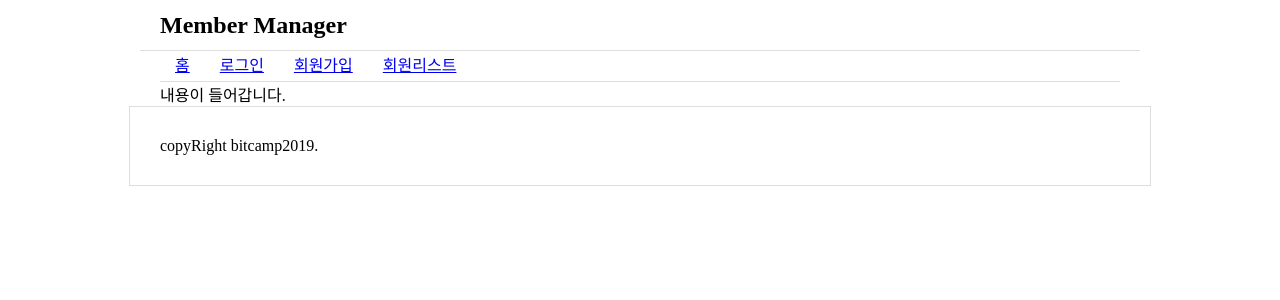
Repository: hhw9797/bitcampjn201904
Page: http://localhost/MemberManager/
These files come from the project's save history. The page is drawn as it stood at one moment and after the next save; the edit follows.
The browser window is 1280 px wide. The pictures show the whole page.
The page is served by Tomcat 9.

Above is the page before, as saved 2019-06-20 08:02:36.

After the next save:
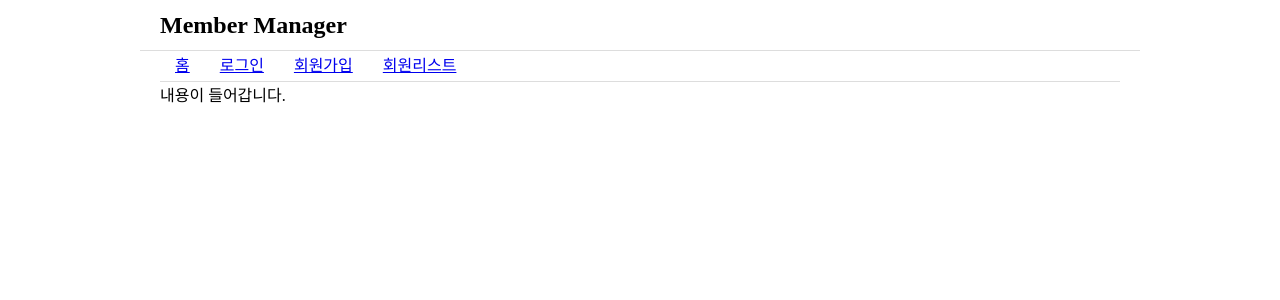
Saved 42 s later.
--- a/html/html5/jsp/MemberManager/WebContent/index.jsp
+++ b/html/html5/jsp/MemberManager/WebContent/index.jsp
@@ -67,7 +67,7 @@
 
 
 <!-- 푸터 시작 -->
-<%@ include file="frame/footer.jsp" %>
+<%-- <%@ include file="frame/footer.jsp" %> --%>
 <!-- 푸터 끝 -->
 
 </body>

After the save that followed:
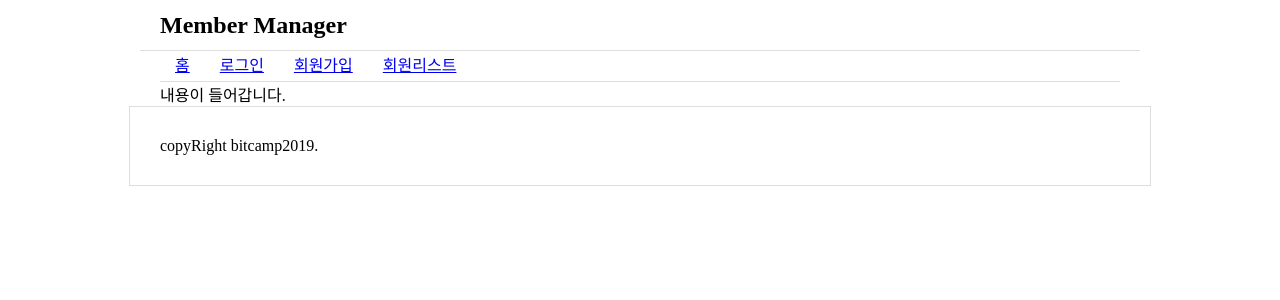
Saved 15 s later.
--- a/html/html5/jsp/MemberManager/WebContent/index.jsp
+++ b/html/html5/jsp/MemberManager/WebContent/index.jsp
@@ -67,7 +67,7 @@
 
 
 <!-- 푸터 시작 -->
-<%-- <%@ include file="frame/footer.jsp" %> --%>
+<%@ include file="frame/footer.jsp" %>
 <!-- 푸터 끝 -->
 
 </body>
